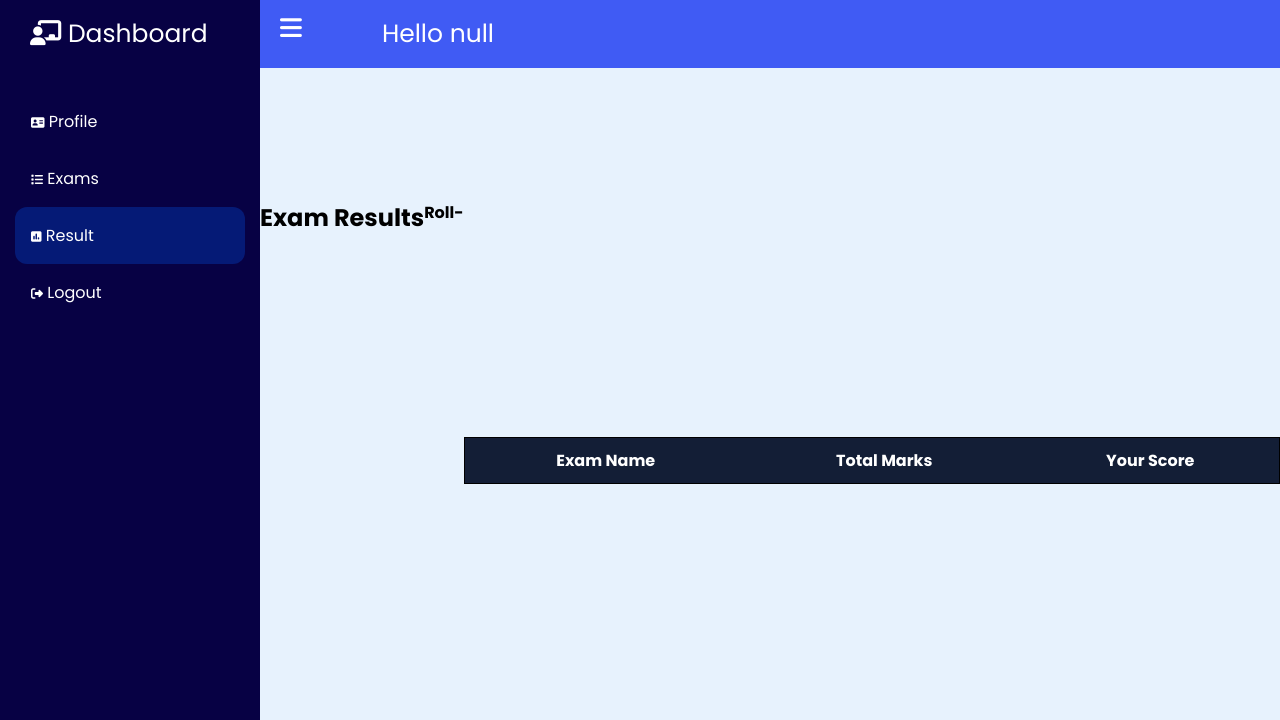
Repository: Buddhadip/ExamPortalApp_struts
Page: http://localhost/ExamWizard/WEB-INF/views/studentResult.jsp
These files come from the project's save history. The page is drawn as it stood at one moment and after the next save; the edit follows.
The browser window is 1280 px wide. The pictures show the whole page.
The page is served by Tomcat 9. Nobody is signed in. Other server files are loaded and not shown. The template is opened directly, without the code that normally fills it, so the values that code supplies are empty.

Above is the page before, as saved 2023-07-21 08:51:49.

### ExamWizard/src/main/webapp/WEB-INF/views/studentResult.jsp
<%@ page language="java" contentType="text/html; charset=ISO-8859-1"
    pageEncoding="ISO-8859-1"%>
<!DOCTYPE html>
<html>
<head>
<meta charset="ISO-8859-1">
<title>StudentResult</title>
 <link rel="stylesheet" href="public/styles/ExamResultPage.css">
<link rel="stylesheet" href="public/styles/studentHome.css" />
<link rel="stylesheet" href="https://cdnjs.cloudflare.com/ajax/libs/font-awesome/6.4.0/css/all.min.css">
</head>
<body>
	 <%@ taglib prefix="c" uri="http://java.sun.com/jsp/jstl/core" %>
<%
   // Retrieve a session attribute
   String username = (String) session.getAttribute("uname");
%>
<nav class="sidebar">
      <a href="#" class="logo">
        <i class="fa-solid fa-chalkboard-user fa-beat"></i>
        Dashboard
      </a>

      <div class="menu-content">
        <ul class="menu-items">
          <li class="item">
          <li class="item ">
            <a href="profile.do">
              <i class="fa-solid fa-address-card"></i>
              Profile</a>
          </li>

          <li class="item">
            <a href="studentExams.do">
                <i class="fa-solid fa-list"></i>
              Exams</a>
          </li>

          <li class="item  selected-item">
            <a href="result.do">
            <i class="fa-solid fa-square-poll-vertical"></i>
              Result</a>
          </li>

          <li class="item">
            <a href="logout.do">
              <i class="fa-solid fa-right-from-bracket"></i>
              Logout</a>
          </li>
        </ul>
      </div>
    </nav>

    <nav class="navbar">
      <i class="fa-solid fa-bars" id="sidebar-close"></i>

      <div class="hellotext">Hello <%= username %></div>
    </nav>

    <main class="main">
      <h2>${results.get(0).getUname()} Exam Results</h2>
      <br>
      <h4>Roll- ${results.get(0).getUroll()} </h4>
    <table class="results-table">
        <tr>
            <th>Exam Name</th>
            <th>Total Marks</th>
            <th>Your Score</th>
        </tr>
        <c:forEach var="result" items="${results}">

        <tr>
            <td>${result.getEname()}</td>
            <td>${result.getTotal()}</td>
            <td>${result.getScore()}</td>
        </tr>
        </c:forEach>
        <!-- Add more rows for other students -->
    </table>

    </main>

    <script src="public/js/studentHome.js"></script>

</body>
</html>

### ExamWizard/src/main/webapp/public/styles/ExamResultPage.css
@charset "ISO-8859-1";
/* Styling for the table */

h2{
	display:block;
	text-align:center;
}
h4{
	display:block;
	text-align:center;
}
.results-table {
    width: 80%;
    margin:auto;
    border-collapse: collapse;
    border:1px solid black;
}

/* Styling for the table headers (th) */
.results-table th {
    background-color:  #131e36;
 /* Blue color */
    color: white;
    font-weight: bold;
    padding: 10px;
    text-align: center;
}

/* Styling for the table data (td) in even rows */
.results-table tr:nth-child(even) td {
    background-color: #abdaff; /* Skublue color */
    padding: 10px;
    text-align: center;
}

/* Styling for the table data (td) in odd rows */
.results-table tr:nth-child(odd) td {
    background-color: white; /* White color */
    padding: 10px;
    text-align: center;
}

### ExamWizard/src/main/webapp/public/styles/studentHome.css
@charset "ISO-8859-1";
@charset "UTF-8";
/* Import Google font - Poppins */
@import url("https://fonts.googleapis.com/css2?family=Poppins:wght@200;300;400;500;600;700&display=swap");
* {
  margin: 0;
  padding: 0;
  box-sizing: border-box;
  font-family: "Poppins", sans-serif;
}

body{
	background: #e7f2fd;
}
.sidebar {
  position: fixed;
  height: 100%;
  width: 260px;
  background: #070144;
  padding: 15px;
  z-index: 99;
}
.logo {
  font-size: 25px;
  padding: 0 15px;
}
.sidebar a {
  color: #fff;
  text-decoration: none;
}
.menu-content {
  position: relative;
  height: 100%;
  width: 100%;
  margin-top: 40px;
  overflow-y: scroll;
}
.menu-content::-webkit-scrollbar {
  display: none;
}
.menu-items {
  height: 100%;
  width: 100%;
  list-style: none;
  transition: all 0.4s ease;
}
.submenu-active .menu-items {
  transform: translateX(-56%);
}
.item a,
.submenu-item {
  padding: 16px;
  display: inline-block;
  width: 100%;
  border-radius: 12px;
}
.item i {
  font-size: 12px;
}
.item a:hover,
.submenu-item:hover,
.submenu .menu-title:hover {
  background: rgba(34, 98, 236, 0.719);
}
.submenu .menu-title:hover ,
.selected-item {
  background: rgba(5, 81, 223, 0.322);
  border-radius: 12px;
}
.submenu-item {
  display: flex;
  justify-content: space-between;
  align-items: center;
  color: #fff;
  cursor: pointer;
}
.submenu {
  position: absolute;
  height: 100%;
  width: 100%;
  top: 0;
  right: calc(-100% - 26px);
  height: calc(100% + 100vh);
  background: #11101d;
  display: none;
}
.show-submenu ~ .submenu {
  display: block;
}
.submenu .menu-title {
  border-radius: 12px;
  cursor: pointer;
}
.submenu .menu-title i {
  margin-right: 10px;
}
.navbar,
.main {
  left: 260px;
  width: calc(100% - 260px);
  transition: all 0.5s ease;
  z-index: 1000;
}
.sidebar.close ~ .navbar,
.sidebar.close ~ .main {
  left: 0;
  width: 100%;
}
.navbar {
  position: fixed;
  color: #fff;
  padding: 15px 20px;
  font-size: 25px;
  background: #405bf4;
  cursor: pointer;
  display:flex;
  flex-direction:row;
}

.navbar .hellotext{
  margin-left:80px;
}
.navbar #sidebar-close {
  cursor: pointer;
}
.main {
  position: relative;
  display: flex;

  justify-content: center;
  min-height: 100vh;
  z-index: 100;
  background: #e7f2fd;
  z-index: 100;
  overflow-y:scroll;
  background: #e7f2fd;
  flex-wrap:wrap;
  padding-top:200px;
}
.main h1 {
  color: #11101d;
  font-size: 40px;
  text-align: center;
}

### ExamWizard/src/main/webapp/public/js/studentHome.js
const sidebar = document.querySelector(".sidebar");
const sidebarClose = document.querySelector("#sidebar-close");
const menu = document.querySelector(".menu-content");
const menuItems = document.querySelectorAll(".submenu-item");
const subMenuTitles = document.querySelectorAll(".submenu .menu-title");

sidebarClose.addEventListener("click", () => {
  sidebar.classList.toggle("close");
  menu.classList.remove("submenu-active");
  menuItems.forEach((item) => {
    item.classList.remove("show-submenu");
  });
});

menuItems.forEach((item, index) => {
  item.addEventListener("click", () => {
    menu.classList.add("submenu-active");
    item.classList.add("show-submenu");
    menuItems.forEach((item2, index2) => {
      if (index !== index2) {
        item2.classList.remove("show-submenu");
      }
    });
  });
});

subMenuTitles.forEach((title) => {
  title.addEventListener("click", () => {
    menu.classList.remove("submenu-active");
  });
});

After the next save:
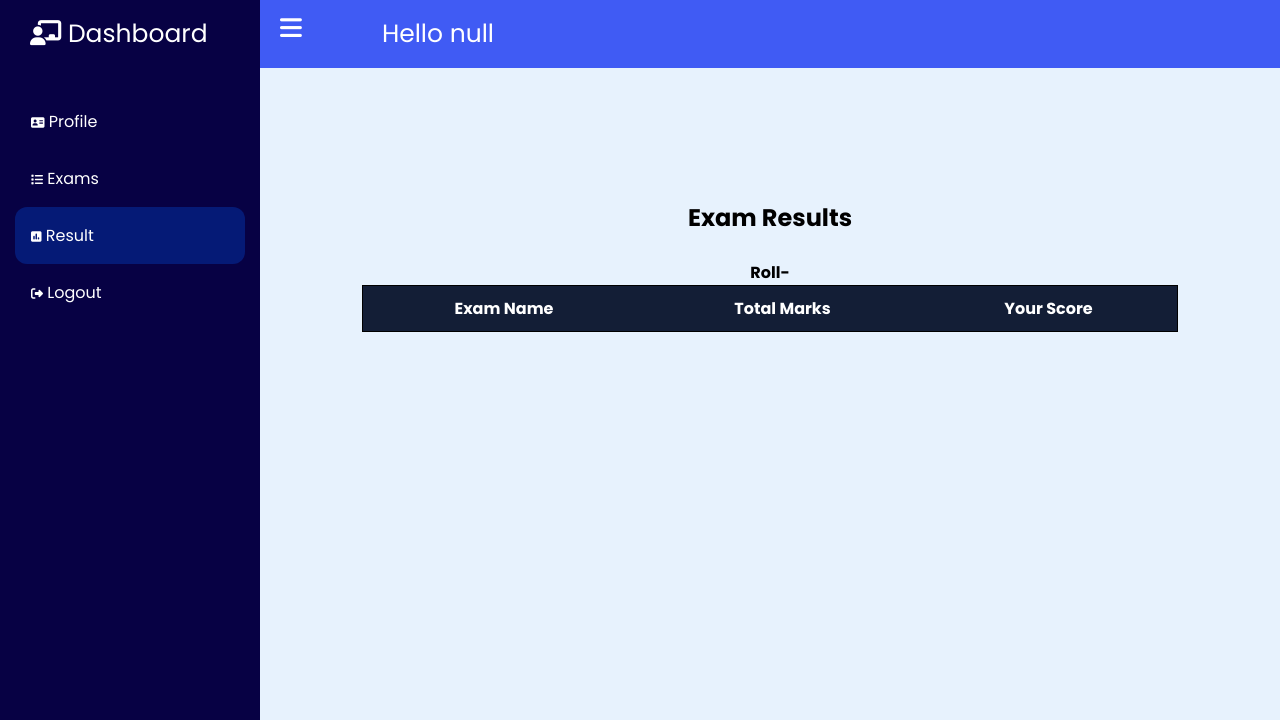
Saved 25 s later.
--- a/ExamWizard/src/main/webapp/WEB-INF/views/studentResult.jsp
+++ b/ExamWizard/src/main/webapp/WEB-INF/views/studentResult.jsp
@@ -57,7 +57,7 @@
       <div class="hellotext">Hello <%= username %></div>
     </nav>
 
-    <main class="main">
+    <main class="main" style="display:block;">
       <h2>${results.get(0).getUname()} Exam Results</h2>
       <br>
       <h4>Roll- ${results.get(0).getUroll()} </h4>
